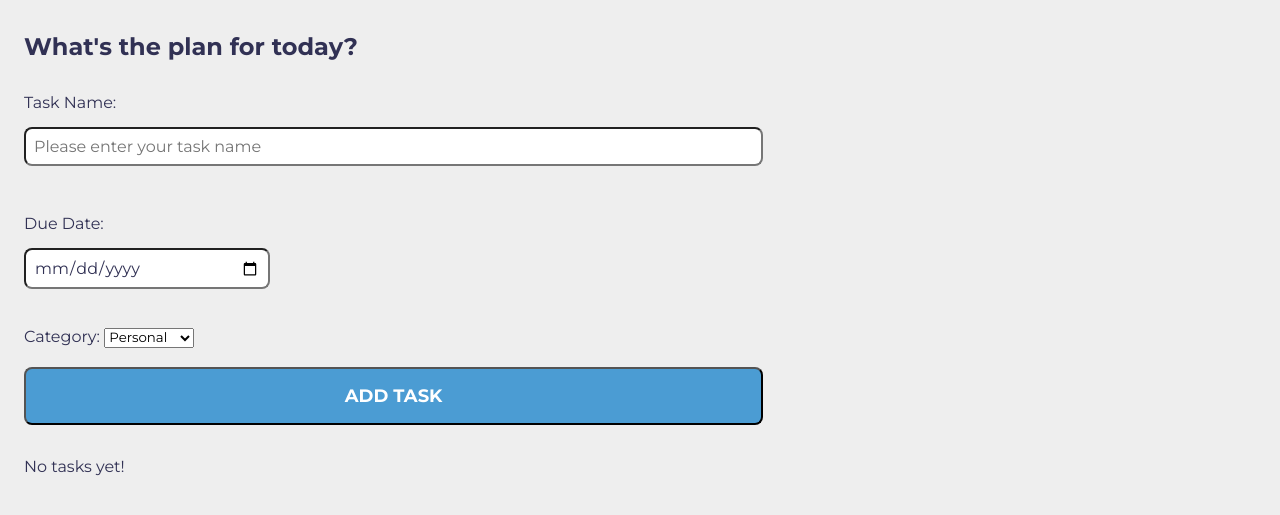
Repository: comp426-2023-spring/a99-SnowPile
Page: http://localhost/
The author's editor kept a copy of each file at every save. The page is drawn from the files as they stood at one save, then again after the next save.
The browser window is 1280 px wide. The pictures show the whole page.
Some web fonts or font styles are not loaded; a fallback is used. The page is served by the project's Node server (app.js).

Above is the page before, as saved 2023-04-15 21:38:31.

### frontend/views/index.ejs
<!DOCTYPE html>
<html>
  <head>
    <title>Todo List</title>
    <!-- CSS import -->
    <link rel="stylesheet" type="text/css" href="/style.css"/>

    <!-- Set font -->
    <link rel="preconnect" href="https://fonts.googleapis.com">
    <link rel="preconnect" href="https://fonts.gstatic.com" crossorigin>
    <link href="https://fonts.googleapis.com/css2?family=Fira+Sans:ital,wght@0,400;0,700;0,900;1,400&family=Montserrat:ital,wght@0,400;0,700;0,900;1,400&display=swap" rel="stylesheet">
  </head>
  <body>
    <!-- Greeting -->
    <section class="greeting">
      <h2>What's the plan for today?</h2>
    </section>


    <!-- New Todo -->
    <section class="create-todo">
      <form action="/addTask" method="POST">

        <label for="taskName">Task Name:</label>
        <input type="text" placeholder="Please enter your task name" id="taskName" name="taskName" required><br><br>

        <label for="dueDate">Due Date:</label>
        <input type="date" id="dueDate" name="dueDate" required><br><br>

        <label for="category">Category:</label>
        <select id="category" name="category">
          <option value="Personal">Personal</option>
          <option value="Academic">Academic</option>
          <option value="Work">Work</option>
        </select><br><br>

        <input type="submit" value="Add Task">

      </form>
    </section>
    <!-- Display todo list -->
    <section class="todo-list">
      <% if (tasks.length === 0) { %>
        <p>No tasks yet!</p>
      <% } else { %>
        <table>
          <tr>
            <th>Task Name</th>
            <th>Due Date</th>
            <th>Category</th>
            <th>Edit</th>
          </tr>
          <% for (let i = 0; i < tasks.length; i++) { %>
            <tr>
              <td><%= tasks[i].name %></td>
              <td><%= tasks[i].due %></td>
              <td><%= tasks[i].category %></td>
              <td>
                <form action="/editTask/<%= i %>" method="POST">
                  <input type="text" name="taskName" value="<%= tasks[i].name %>" required>
                  <input type="date" name="dueDate" value="<%= tasks[i].due %>" required>
                  <input type="submit" value="Edit">
                </form>
              </td>
            </tr>
          <% } %>
        </table>
      <% } %>
    </section>
  </body>
</html>

### frontend/app.js
const express = require('express');
const bodyParser = require('body-parser');
const app = express();
const port = 3000;

// set up body-parser middleware
app.use(bodyParser.urlencoded({ extended: false }));

// set up view engine
app.set('view engine', 'ejs');

// set up static folder
app.use(express.static('public'));

// initialize tasks array
let tasks = [];

// render index page with tasks array
app.get('/', (req, res) => {
  res.render('index', { tasks: tasks });
});

// create new task and add to tasks array
app.post('/addTask', (req, res) => {
  const taskName = req.body.taskName;
  const dueDate = req.body.dueDate;
  const category = req.body.category;

  const newTask = {
    name: taskName,
    due: dueDate,
    category: category,
  };

  tasks.push(newTask);
  res.redirect('/');
});

// edit existing task
app.post('/editTask/:id', (req, res) => {
  const id = req.params.id;
  const taskName = req.body.taskName;
  const dueDate = req.body.dueDate;

  tasks[id].name = taskName;
  tasks[id].due = dueDate;

  res.redirect('/');
});

// start server
app.listen(port, () => {
  console.log(`App listening at http://localhost:${port}`);
});

### frontend/public/style.css
* {
	margin: 0;
	padding: 0;
	box-sizing: border-box;
	font-family: 'montserrat', sans-serif;
}

body {
	background: #EEE;
	color: #313154;

}
section {
	margin-top: 2rem;
	margin-bottom: 2rem;
	padding-left: 1.5rem;
	padding-right: 1.5rem;
}

h2{
    color: #313154;
}


.create-todo input[type="text"] {
	display: block;
	width: 60%;
	font-size: 1rem;
	padding: 0.5rem 0.5rem;
	color: #313154;
	background-color: #FFF;
	border-radius: 0.5rem;
	box-shadow: none;
	margin-bottom: 10px;
	margin-top: 15px;
}
.create-todo input[type="date"] {
	display: block;
	width: 20%;
	font-size: 1rem;
	border-radius: 0.5rem;
	margin-top: 15px;
	color: #313154;
	background-color: #FFF;
	padding: 0.5rem 0.5rem;
}

.create-todo input[type="submit"]{
	display: block;
	width: 60%;
	font-size: 1.125rem;
	padding: 1rem 1.5rem;
	color: #FFF;
	font-weight: 700;
	text-transform: uppercase;
	background-color: #4B9CD3;
	/* box-shadow: #13294B; */
	box-shadow: none;
	border-radius: 0.5rem;
	cursor: pointer;
	transition: 0.2s ease-out;
}
.create-todo input[type="submit"]:hover {
	opacity: 0.75;
}

After the next save:
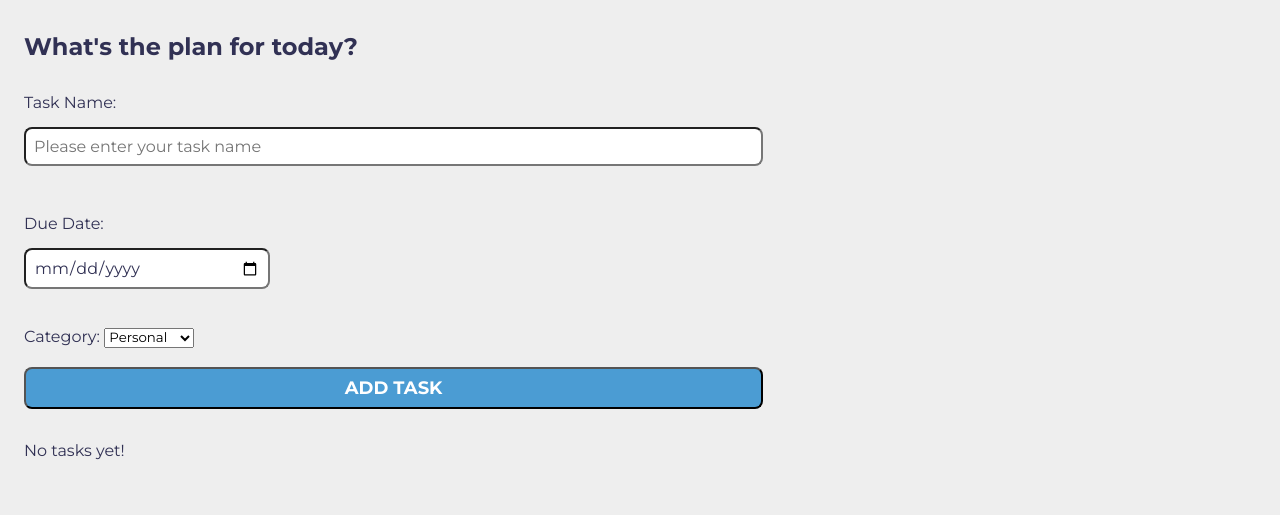
Saved 7 s later.
--- a/frontend/public/style.css
+++ b/frontend/public/style.css
@@ -49,7 +49,7 @@ h2{
 	display: block;
 	width: 60%;
 	font-size: 1.125rem;
-	padding: 1rem 1.5rem;
+	padding: 0.5rem 0.5rem;
 	color: #FFF;
 	font-weight: 700;
 	text-transform: uppercase;
